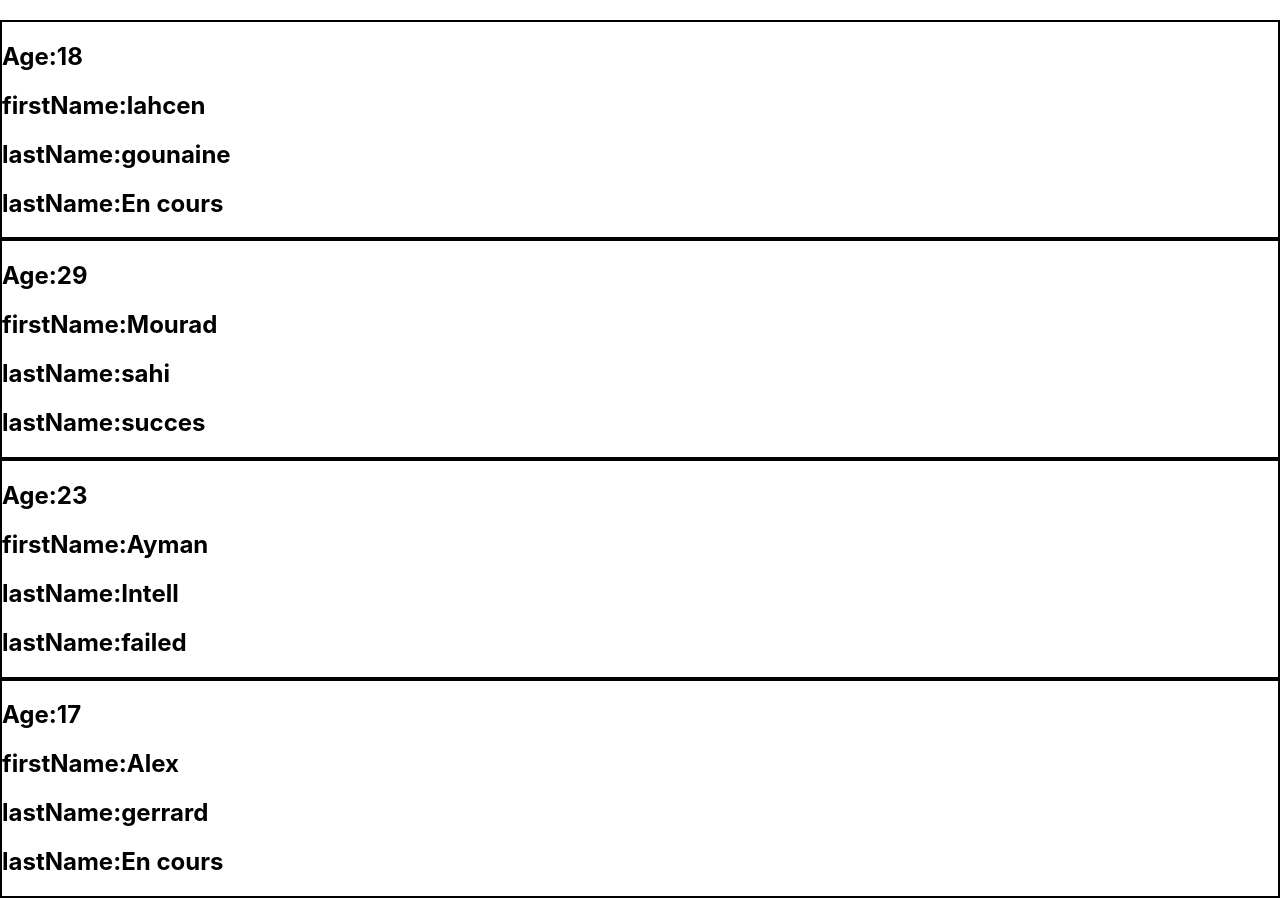
Repository: gounaine/Add_candidat
Page: /
The author's editor kept a copy of each file at every save. The page is drawn from the files as they stood at one save, then again after the next save.
The browser window is 1280 px wide. The pictures show the whole page.
The project was rebuilt for these pictures with package versions that can differ from the ones it lists, and the page was loaded fresh each time.

Above is the page before, as saved 2024-05-26 19:39:14.

After the next save:
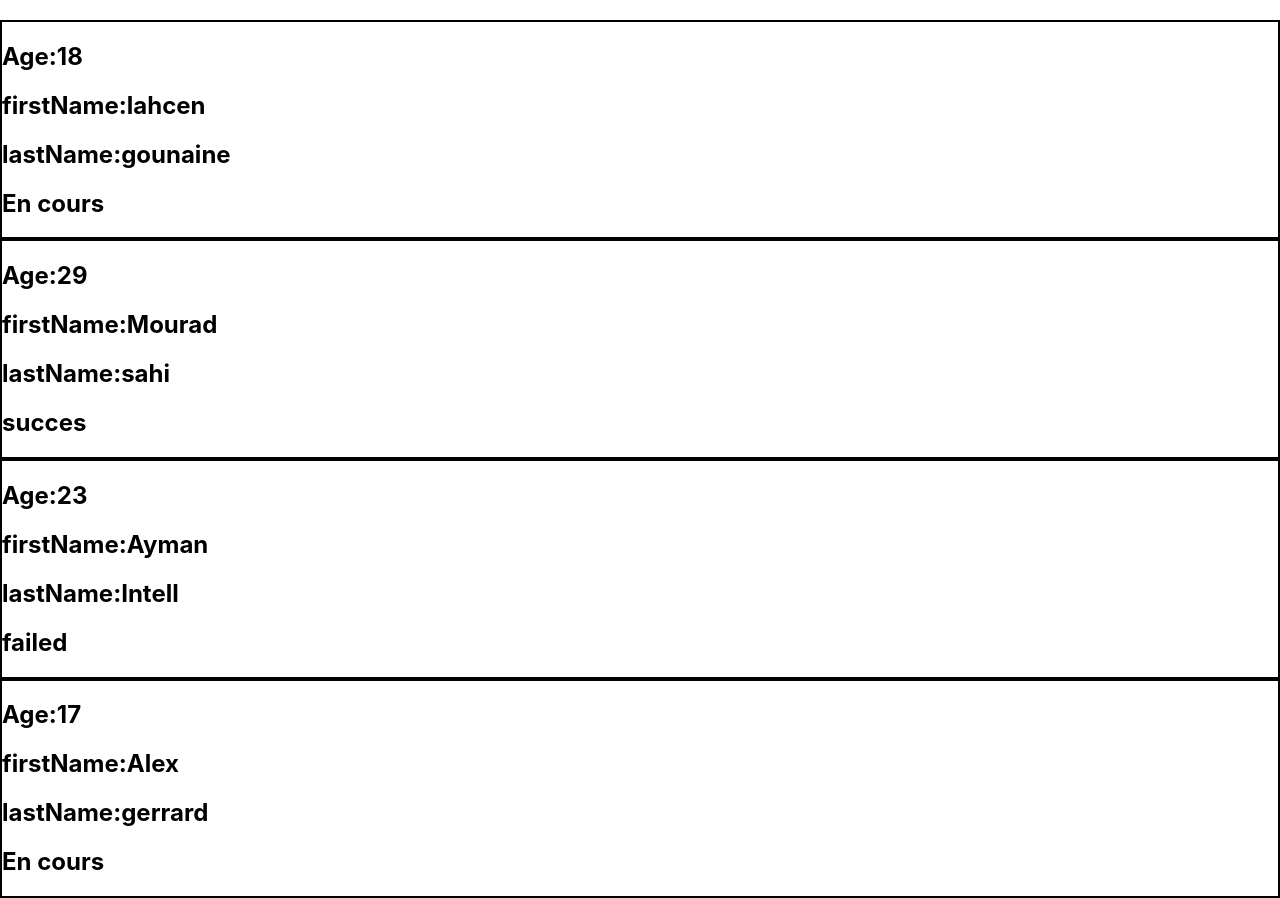
Saved 22 s later.
--- a/src/person.js
+++ b/src/person.js
@@ -5,7 +5,7 @@ return(
         <h2>Age:{Age}</h2>
         <h2>firstName:{firstName}</h2>
         <h2>lastName:{lastName}</h2>
-        <h2>lastName:{children}</h2>
+        <h2>{children}</h2>
    </div>
 
  </>
